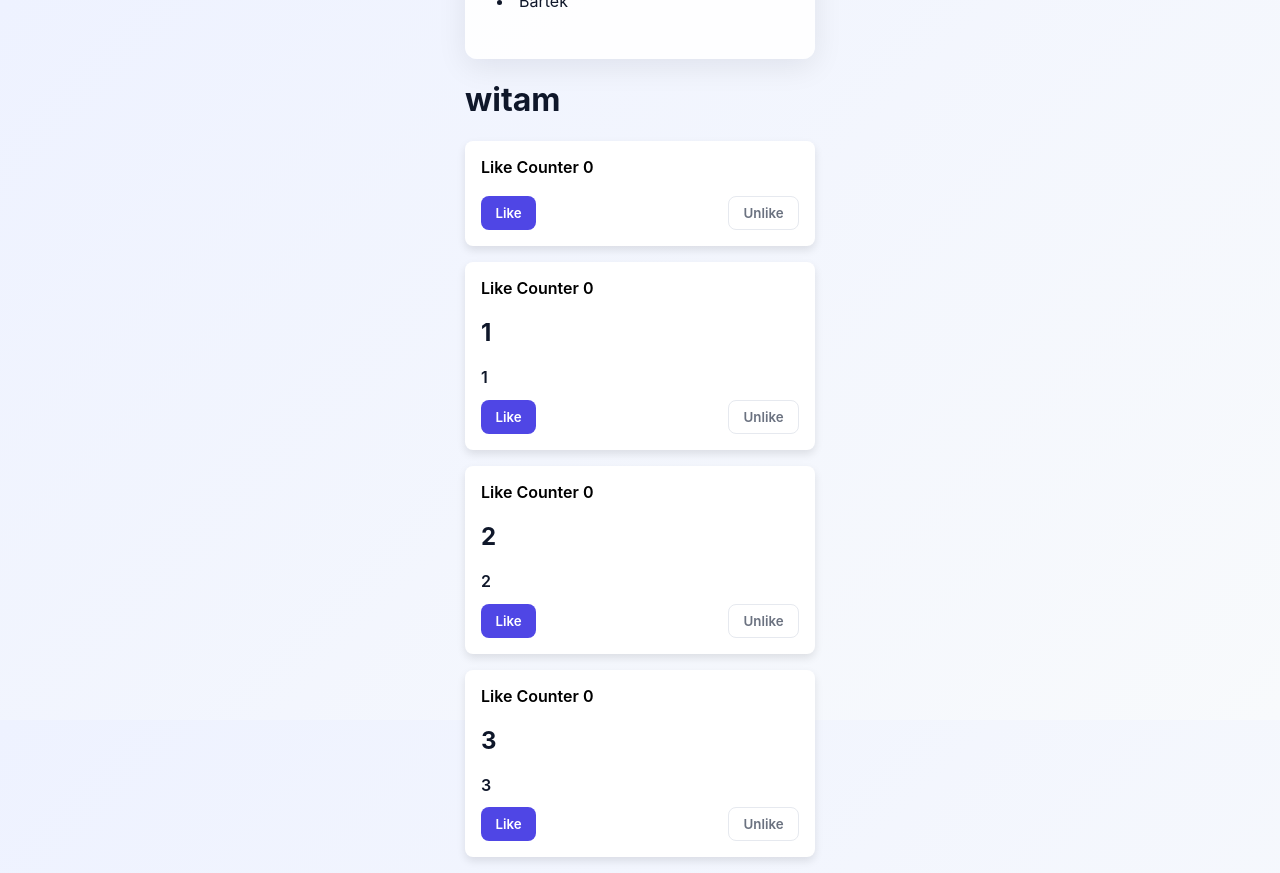
Repository: KrystianTrzy/reactapt
Page: /
An editor plug-in stored every save of this project. The page is shown before and after the next save, followed by the edit.
The browser window is 1280 px wide. The pictures show the whole page.
The project was rebuilt for these pictures with package versions that can differ from the ones it lists, and the page was loaded fresh each time.

Above is the page before, as saved 2025-11-22 09:35:58.

After the next save:
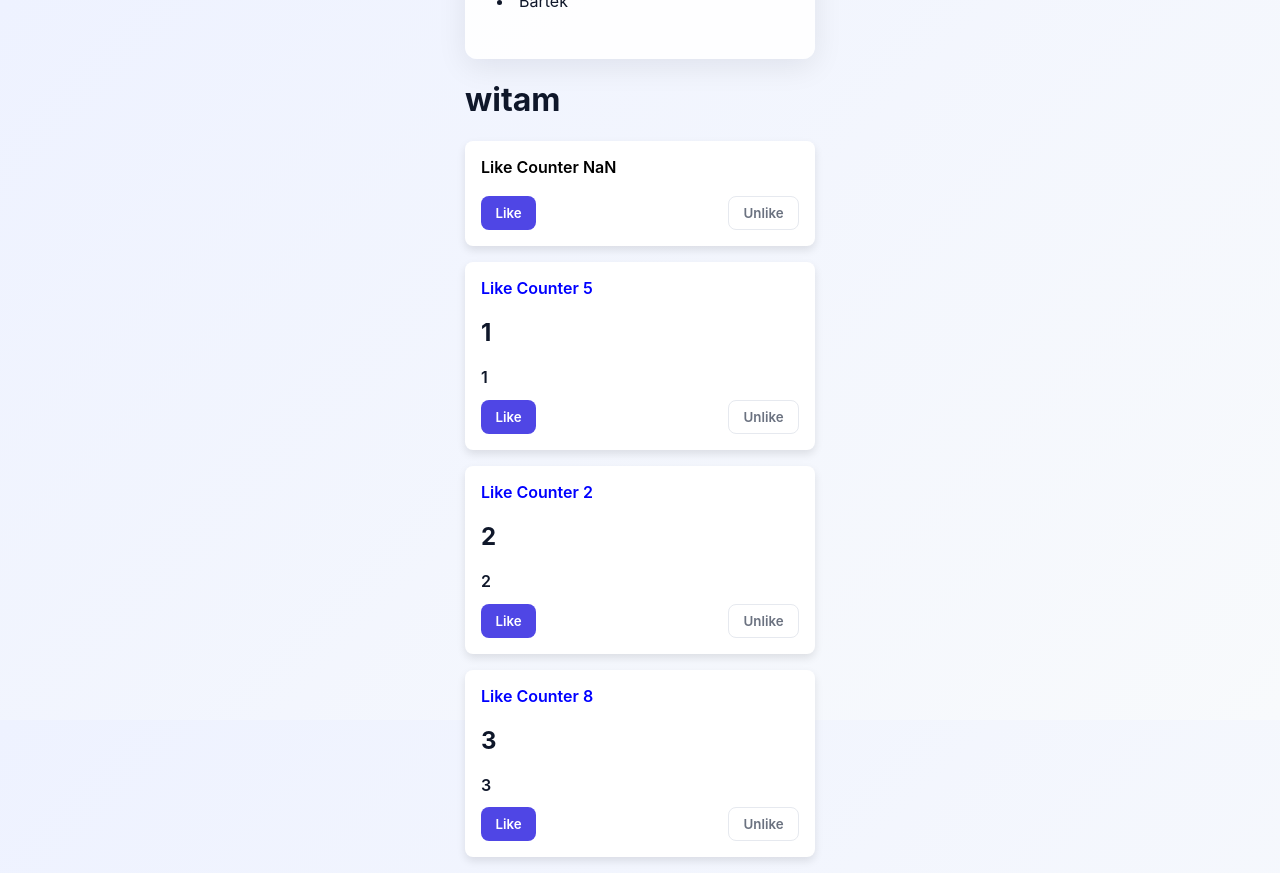
Saved 4 s later.
--- a/src/components/App/LikeCounter/LikeCounter.js
+++ b/src/components/App/LikeCounter/LikeCounter.js
@@ -1,8 +1,8 @@
 import React, { useState } from 'react'
 import './LikeCounter.css'
 
-function LikeCounter({ title, description }) {
-    const [likes, setLikes] = useState(0);
+function LikeCounter({ title, description, count }) {
+    const [likes, setLikes] = useState(Number(count));
     const handleLike = () => {
         setLikes(likes + 1);
     };
